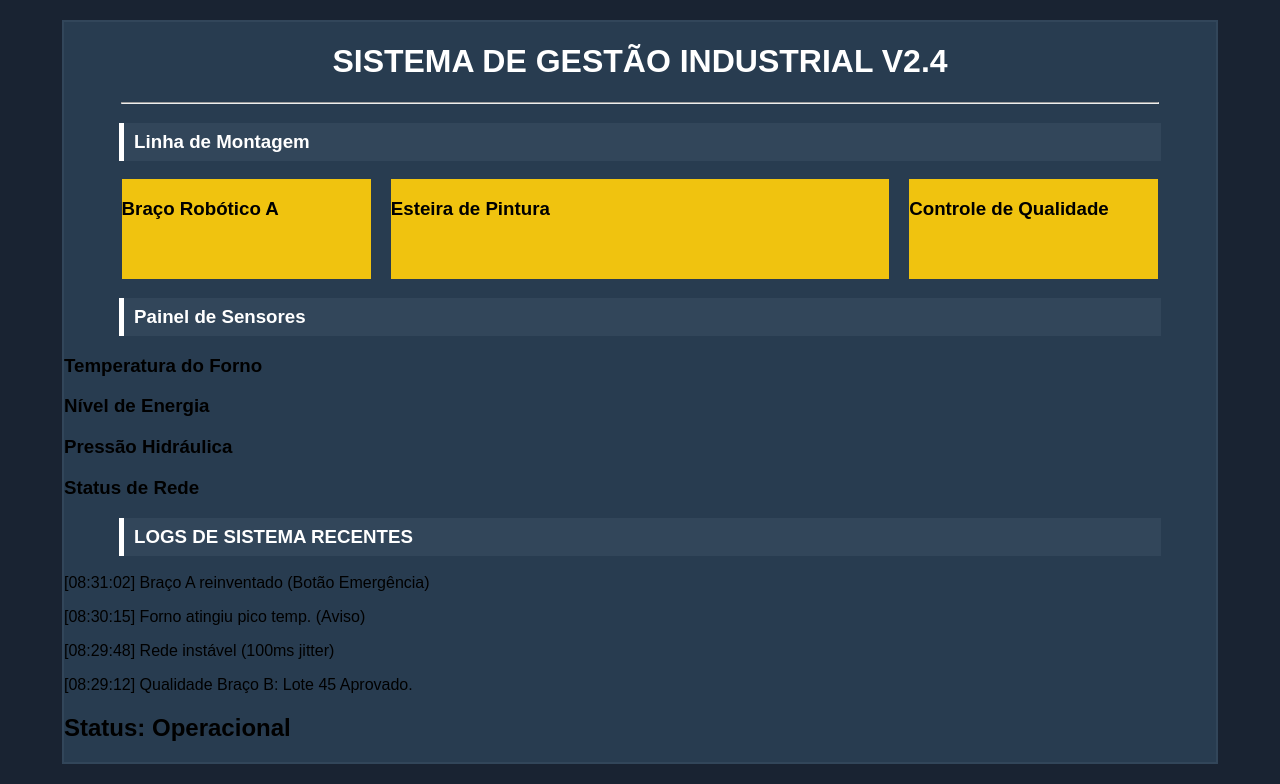
Repository: DanielEDapper/Front-WEG
Page: ProfeIgor/Aula5 - Dashboard Industrial/index.html
The author's editor kept a copy of each file at every save. The page is drawn from the files as they stood at one save, then again after the next save.
The browser window is 1280 px wide. The pictures show the whole page.
Some icons come from a web library that is not loaded, so they are not drawn.

Above is the page before, as saved 2026-05-29 19:37:12.

### ProfeIgor/Aula5 - Dashboard Industrial/index.html
<!DOCTYPE html>
<html lang="en">
<head>
    <meta charset="UTF-8">
    <meta name="viewport" content="width=device-width, initial-scale=1.0">
    <link rel="stylesheet" href="style.css">
    <link rel='stylesheet' href='https://cdn-uicons.flaticon.com/4.0.0/uicons-bold-straight/css/uicons-bold-straight.css'>
    <title>Sistema de gestão Industrial</title>
</head>
<body>
    <div id="wrapper">
        <div id="header">
            <h1>SISTEMA DE GESTÃO INDUSTRIAL V2.4</h1>
        </div>
        <hr>
        <div id="main">
            <div class="container-main">

                <div class="titulo-sessao">
                    <h3>Linha de Montagem</h3>
                </div>
                <div class="container-montagem">
                    <div class="card">
                        <h3>Braço Robótico A</h3>
                        <i class="fi fi-bs-thumbtack"></i>
                    </div>
                    <div class="card">
                        <h3>Esteira de Pintura</h3>
                        <i class="fi fi-bs-arrow-right"></i>
                    </div>
                    <div class="card">
                        <h3>Controle de Qualidade</h3>
                        <i class="fi fi-bs-medal"></i>
                    </div>
                </div>


                <div class="titulo-sessao">
                    <h3>Painel de Sensores</h3>
                </div>
                <div class="container-sensores">
                    <div>
                        <h3>Temperatura do Forno</h3>
                        <i class="fi fi-bs-temperature-high"></i>
                    </div>
                    <div>
                        <h3>Nível de Energia</h3>
                        <i class="fi fi-bs-battery-half"></i>
                    </div>
                    <div>
                        <h3>Pressão Hidráulica</h3>
                        <i class="fi fi-bs-dashboard"></i>
                    </div>
                    <div>
                        <h3>Status de Rede</h3>
                        <i class="fi fi-bs-workflow-setting-alt"></i>
                    </div>
                </div>


                <div class="titulo-sessao">
                    <h3>LOGS DE SISTEMA RECENTES</h3>
                </div>
                <div class="container-logs">
                    <p>[08:31:02] Braço A reinventado (Botão Emergência)</p>
                    <p>[08:30:15] Forno atingiu pico temp. (Aviso)<p>
                    <p>[08:29:48] Rede instável (100ms jitter)</p>
                    <p>[08:29:12] Qualidade Braço B: Lote 45 Aprovado.</p>
                </div>
            </div>
        </div>
        <div id="footer">
            <h2>Status: Operacional</h2>
        </div>
    </div>
</body>
</html>

### ProfeIgor/Aula5 - Dashboard Industrial/style.css
:root{
    --bg-dark: #192332;
    --bg-main: #283C50;
    --bg-panel: #32465A;

    --warning: #F0C30F;
    --danger: #BE3728;
    --success: #2ECC71;

    --log-bg: #D2E6F5;

    --text: #FFFFFF;
    --text-secondary: #99A3AB;

    --accent-blue: #638CAB;
}

body{
    margin: 0;
    padding: 0;
    background-color: var(--bg-dark);
}

#wrapper{
    font-family: Arial, Helvetica, sans-serif;
    height: 90%;
    width: 90%;
    background-color: var(--bg-main);
    border: 2px solid var(--bg-panel);
    margin: 20px;
    justify-self: center;
}

#header{
    color: var(--text);
    text-align: center;
}

hr{
    width: 90%;
    font-weight: 400;
}

.titulo-sessao{
    background-color: var(--bg-panel);
    color: var(--text);
    width: 90%;
    justify-self: center;
    border-left: 5px solid var(--text);
}

.titulo-sessao h3{
    padding: 8px 0px 8px 10px;
}

.container-montagem{
    display: flex;
    width: 90%;
    justify-self: center;
    flex-basis: 400;
    height: 100px;
    justify-content: space-around;
    gap: 20px;
}

.card{
    background-color: var(--warning);

}

.card:nth-child(1){
    width: 25%;
}

.card:nth-child(2){
    width: 50%;
}

.card:nth-child(3){
    width: 25%;
}

After the next save:
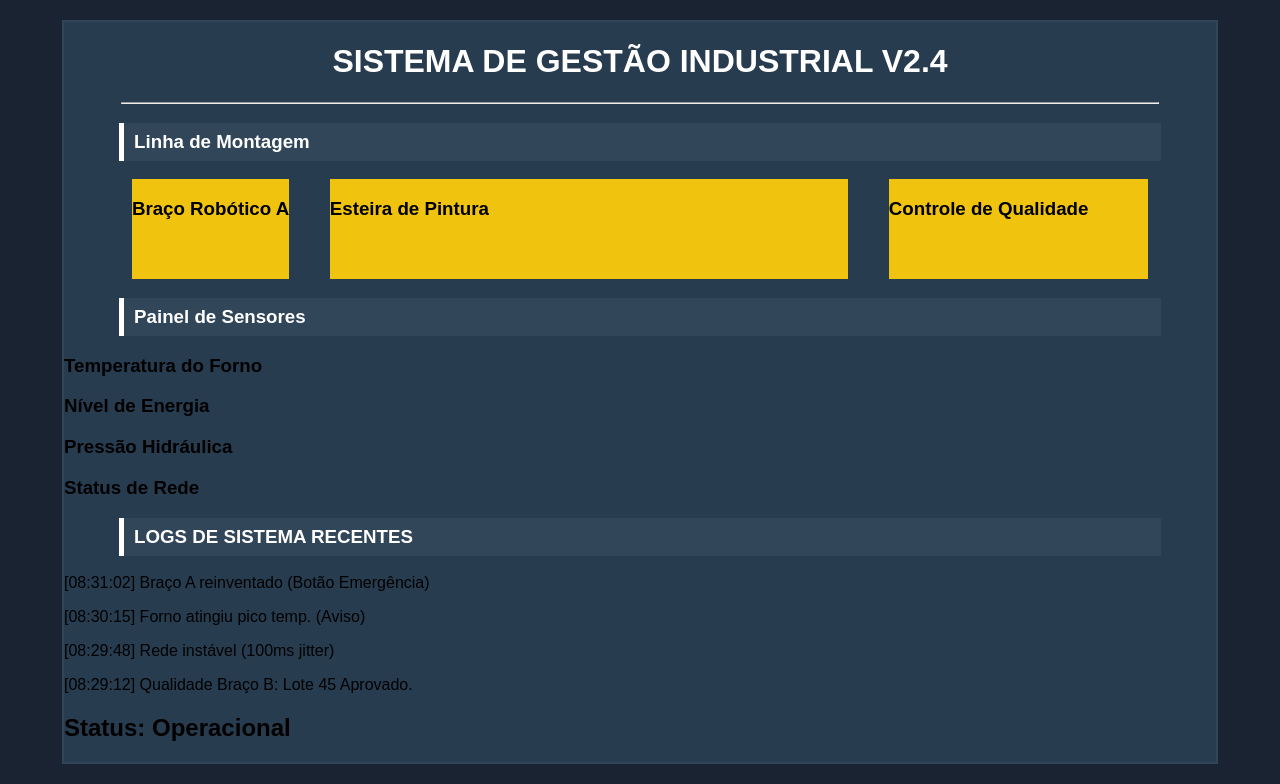
Saved 6 s later.
--- a/ProfeIgor/Aula5 - Dashboard Industrial/style.css
+++ b/ProfeIgor/Aula5 - Dashboard Industrial/style.css
@@ -65,8 +65,9 @@
 
 .card{
     background-color: var(--warning);
+}
 
-}
+.card h3
 
 .card:nth-child(1){
     width: 25%;

After the save that followed:
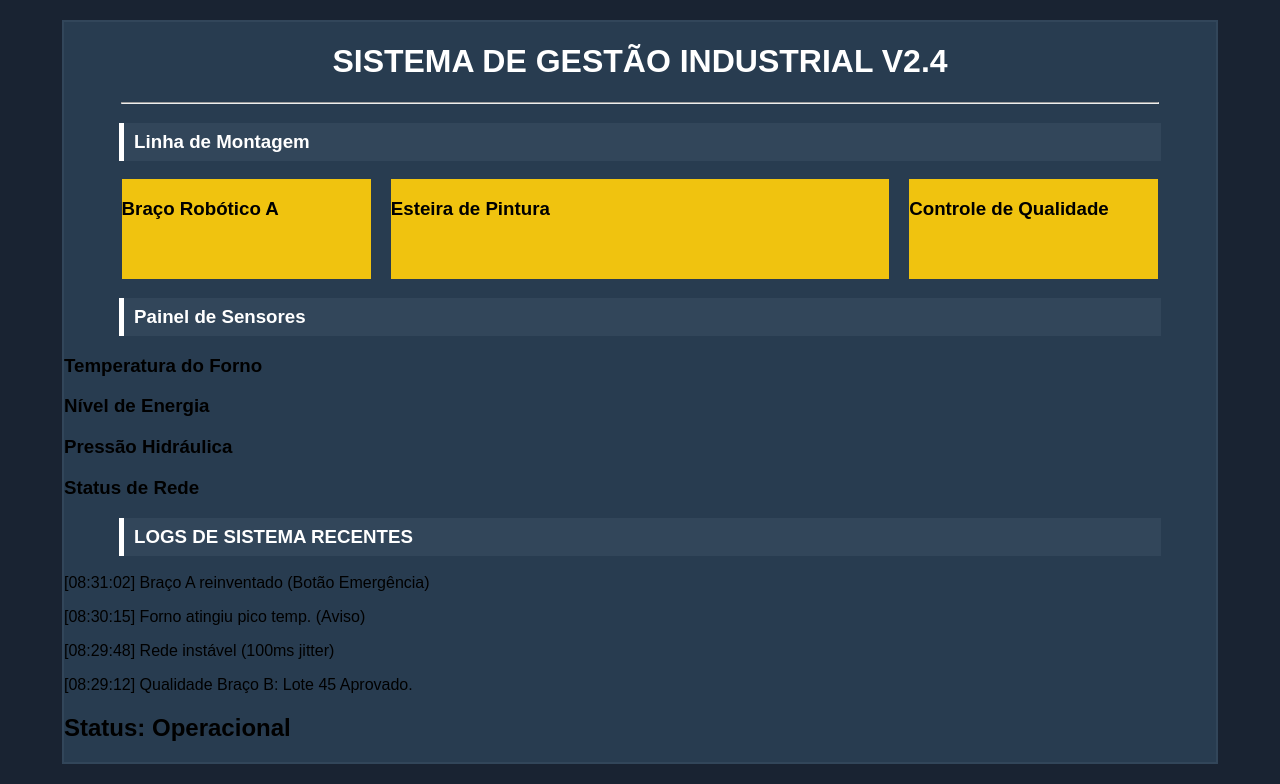
Saved 4 s later.
--- a/ProfeIgor/Aula5 - Dashboard Industrial/style.css
+++ b/ProfeIgor/Aula5 - Dashboard Industrial/style.css
@@ -67,7 +67,9 @@
     background-color: var(--warning);
 }
 
-.card h3
+.card h3{
+    padding:
+}
 
 .card:nth-child(1){
     width: 25%;
